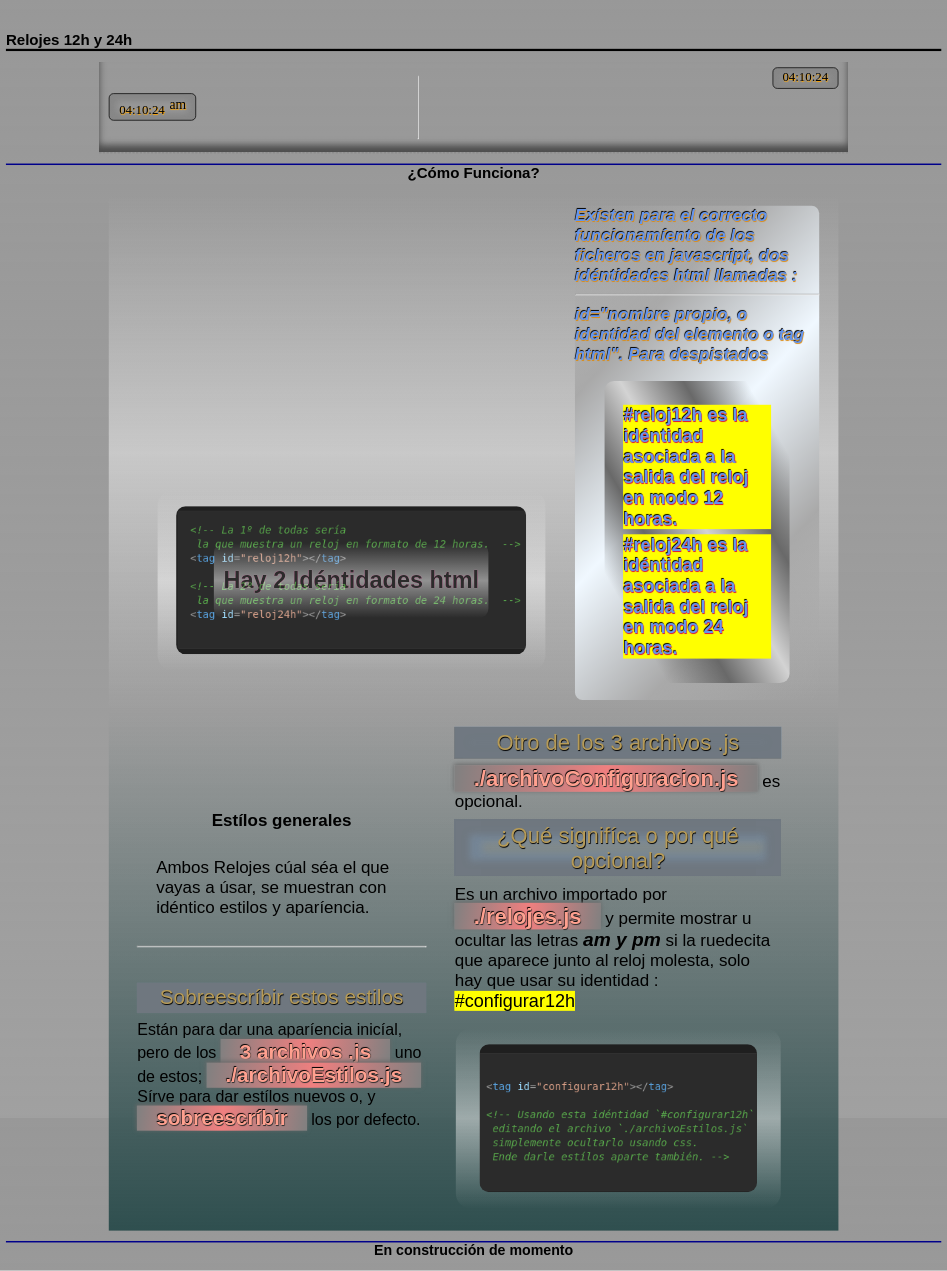
Repository: marcostonfor/clocks
Page: index.html
These files come from the project's save history. The page is drawn as it stood at one moment and after a run of saves; the edit follows.
The browser window is 1280 px wide. The pictures show the whole page, at 74% of full size.
Some web fonts or font styles are not loaded; a fallback is used.

Above is the page before, as saved 2024-09-19 04:44:21.

After the next 2 saves:
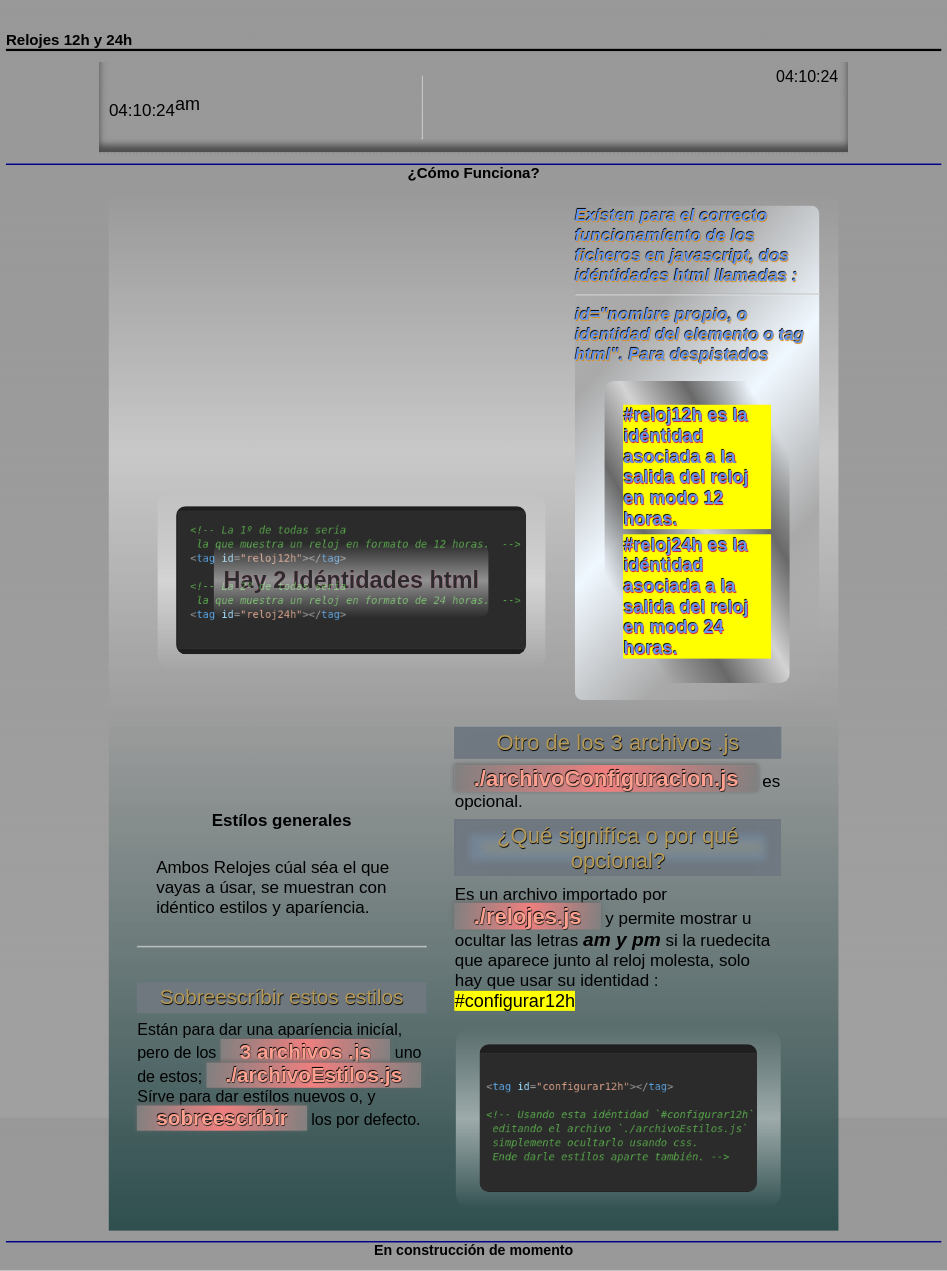
Console error: ReferenceError: estilosPersonales is not defined
The 2 saves are shown as one change because they came seconds apart.
The last was saved 99 s later.
--- a/relojes.js
+++ b/relojes.js
@@ -1,5 +1,4 @@
 
-import { estilosPersonales } from './archivoEstilos.js';
 import { conf12h } from './archivoConfiguracion.js';
 function laHora() {
 	const Reloj = class {

After the 2 saves that followed:
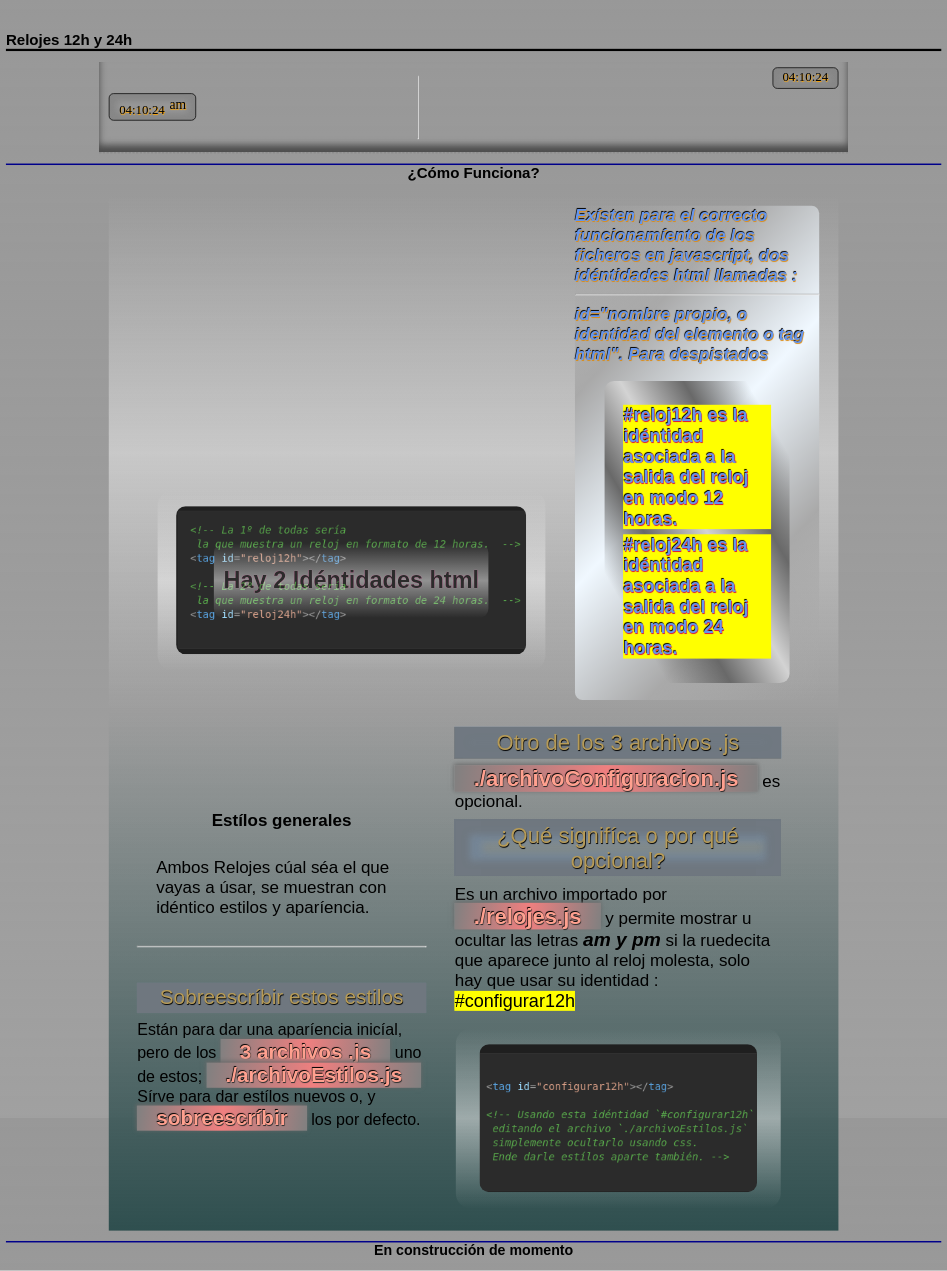
The error is gone.
The 2 saves are shown as one change because they came seconds apart.
The last was saved 6 s later.
--- a/relojes.js
+++ b/relojes.js
@@ -1,5 +1,6 @@
 
 import { conf12h } from './archivoConfiguracion.js';
+import { estilosPersonales } from './archivoEstilos.js';
 function laHora() {
 	const Reloj = class {
 		constructor(formato, salida) {
